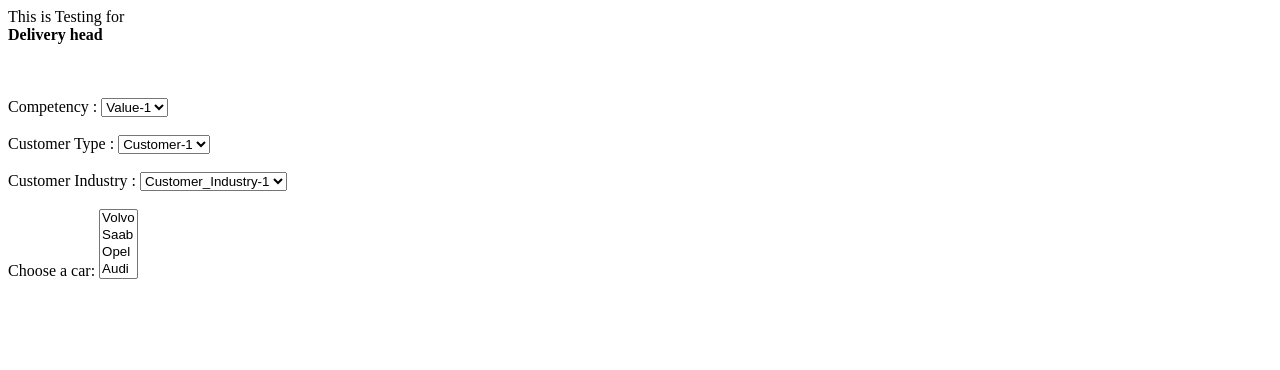
Repository: Perwaiz21/STS
Page: http://localhost/AWS_Web/
These files come from the project's save history. The page is drawn as it stood at one moment and after the next save; the edit follows.
The browser window is 1280 px wide. The pictures show the whole page.
The page is served by Tomcat 9.

Above is the page before, as saved 2021-02-18 08:41:53.

### AWS_Web/WebContent/index.jsp
<%@ page language="java" contentType="text/html; charset=ISO-8859-1"
    pageEncoding="ISO-8859-1"%>
<!DOCTYPE html>
<html>
<head>
<meta charset="ISO-8859-1">
<title>Insert title here</title>
</head>
<body>
This is Testing for <br><b>Delivery head</b><br><br><br><br>
<label for="Competency">	Competency :</label>

<select name="cars" id="Competency">
  <option value="L1">Value-1</option>
  <option value="L2">Value-2</option>
  <option value="L3">Value-3</option>
  <option value="L4">Value-4</option>

</select>
<br><br>
<label for="Customer Type">Customer Type :</label>
<select name="Customer_Type" id="Customer_Type">
  <option value="Customer-1">Customer-1</option>
  <option value="Customer-2">Customer-2</option>
  <option value="Customer-3">Customer-3</option>
  <option value="Customer-4">Customer-4</option>
</select>

<br><br>
<label for="Customer Industry">Customer Industry :</label>
<select name="Customer_Industry" id="Customer_Industry">
  <option value="Customer_Industry-1">Customer_Industry-1</option>
  <option value="Customer_Industry-2">Customer_Industry-2</option>
  <option value="Customer_Industry-3">Customer_Industry-3</option>
  <option value="Customer_Industry-4">Customer_Industry-4</option>
</select>

<br><br>
<label for="cars">Choose a car:</label>
  <select name="cars" id="cars" multiple>
    <option value="volvo">Volvo</option>
    <option value="saab">Saab</option>
    <option value="opel">Opel</option>
    <option value="audi">Audi</option>
  </select>

</body>
</html>

After the next save:
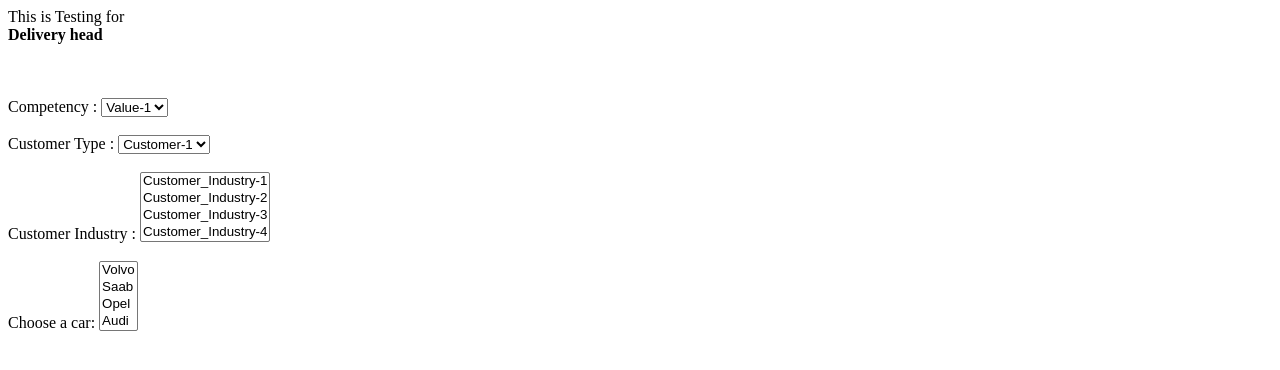
Saved 22 s later.
--- a/AWS_Web/WebContent/index.jsp
+++ b/AWS_Web/WebContent/index.jsp
@@ -28,7 +28,7 @@ This is Testing for <br><b>Delivery head</b><br><br><br><br>
 
 <br><br>
 <label for="Customer Industry">Customer Industry :</label>
-<select name="Customer_Industry" id="Customer_Industry">
+<select name="Customer_Industry" id="Customer_Industry" multiple>
   <option value="Customer_Industry-1">Customer_Industry-1</option>
   <option value="Customer_Industry-2">Customer_Industry-2</option>
   <option value="Customer_Industry-3">Customer_Industry-3</option>
